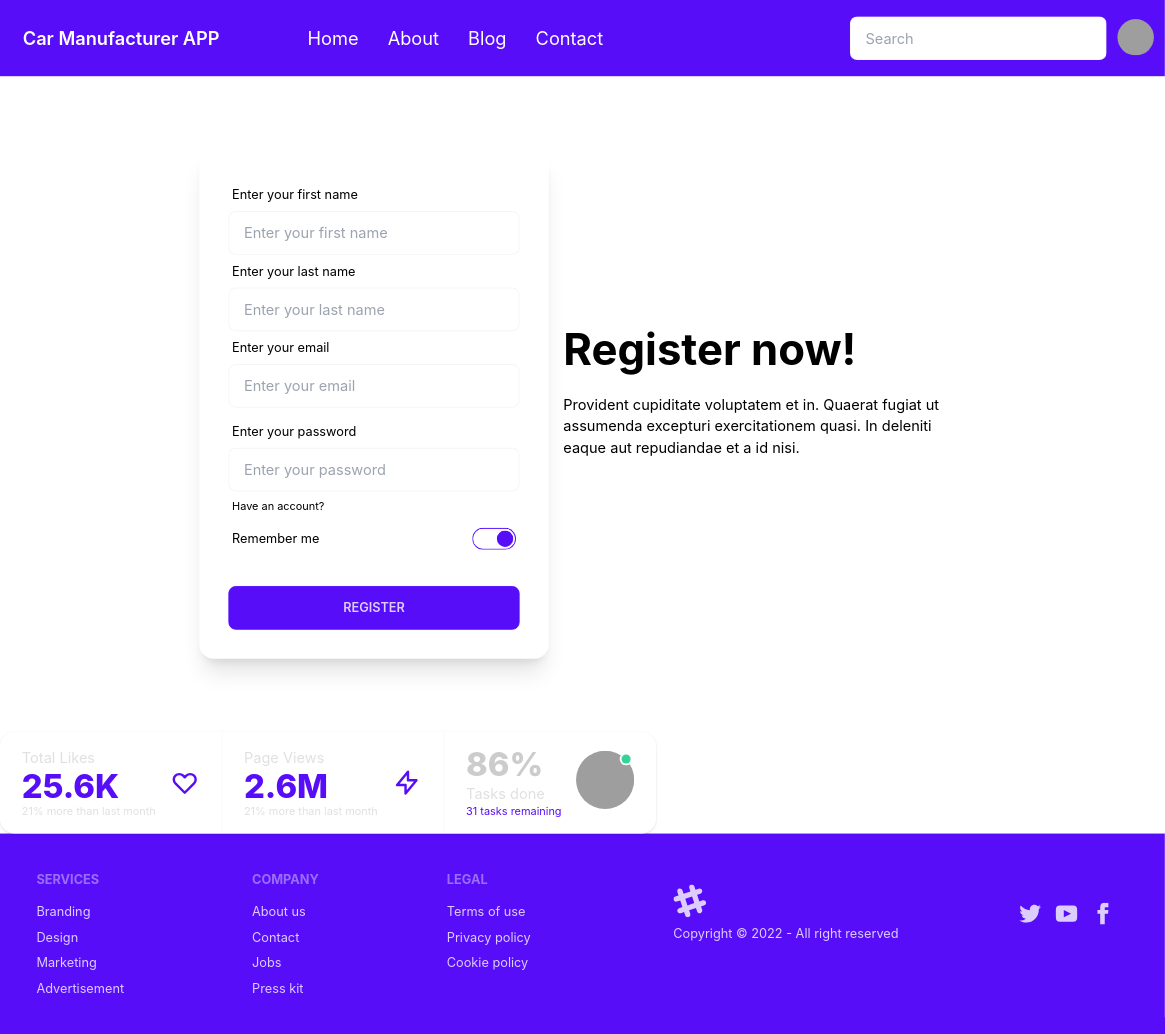
Repository: devsajid/car-manufacturer-app
Page: /register
These files come from the project's save history. The page is drawn as it stood at one moment and after the next save; the edit follows.
The browser window is 1280 px wide. The pictures show the whole page, at 91% of full size.
Pictures or frames that could not be fetched are drawn as grey boxes. The project was rebuilt for these pictures with package versions that can differ from the ones it lists, and the page was loaded fresh each time. Also part of the build but not shown: src/App.css, src/Pages/Home/Home.js, src/Pages/About/About.js, src/Pages/Blog/Blog.js, src/Pages/Contact/Contact.js, src/Pages/Register/Login/Login.js.

Above is the page before, as saved 2022-05-23 00:10:55.

### src/App.js
import "./App.css";
import Navbar from "./SharedComponents/Navbar/Navbar";
import Home from "./Pages/Home/Home";
import About from "./Pages/About/About";
import Blog from "./Pages/Blog/Blog";
import { Routes, Route } from "react-router-dom";
import Contact from "./Pages/Contact/Contact";
import Register from "./Pages/Register/Register";
import Login from "./Pages/Register/Login/Login";
import Footer from "./SharedComponents/Footer/Footer";
import Portfolio from "./Pages/Portfolio/Portfolio";

function App() {
  return (
    <div>
      <Navbar></Navbar>
      <Routes>
        <Route path="/" element={<Home />} />
        <Route path="about" element={<About />} />
        <Route path="blog" element={<Blog />} />
        <Route path="contact" element={<Contact />} />
        <Route path="register" element={<Register />} />
        <Route path="login" element={<Login />} />
      </Routes>
      <Portfolio></Portfolio>
      <Footer></Footer>
    </div>
  );
}

export default App;

### src/SharedComponents/Navbar/Navbar.js
import React from "react";
import { Link } from "react-router-dom";

const Navbar = () => {
  return (
    <div>
      <div class="navbar bg-neutral text-base-100">
        <div class="navbar-start text-base-100">
          <div class="dropdown">
            <label tabindex="0" class="btn btn-ghost lg:hidden">
              <svg
                xmlns="http://www.w3.org/2000/svg"
                class="h-5 w-5"
                fill="none"
                viewBox="0 0 24 24"
                stroke="currentColor"
              >
                <path
                  stroke-linecap="round"
                  stroke-linejoin="round"
                  stroke-width="2"
                  d="M4 6h16M4 12h8m-8 6h16"
                />
              </svg>
            </label>
            <ul
              tabindex="0"
              class="menu menu-compact dropdown-content mt-3 p-2 shadow bg-neutral base-100 rounded-box w-100"
            >
              <li>
                <a>Home</a>
              </li>
              <li>
                <a>About</a>
              </li>
              <li>
                <a>Blog</a>
              </li>
              <li>
                <a>Contact</a>
              </li>
            </ul>
          </div>
          <a className="btn btn-ghost bg- normal-case text-base-100 text-xl">
            Car Manufacturer APP
          </a>
        </div>
        <div class="navbar hidden lg:flex">
          <ul class="menu menu-horizontal text-xl p-0">
            <li>
              <Link to="/">Home</Link>
            </li>

            <li>
              <Link to="/about">About</Link>
            </li>
            <li>
              <Link to="/blog">Blog</Link>
            </li>
            <li>
              <Link to="/contact">Contact</Link>
            </li>
          </ul>
        </div>
        <div class="flex-none gap-2">
          <div class="form-control">
            <input
              type="text"
              placeholder="Search"
              class="input input-bordered"
            />
          </div>
          <div class="dropdown dropdown-end navbar-end">
            <label tabindex="0" class="btn btn-ghost btn-circle avatar">
              <div class="w-10 rounded-full">
                <img src="https://api.lorem.space/image/face?hash=33791" />
              </div>
            </label>
            <ul
              tabindex="0"
              class="mt-3 p-2 shadow menu menu-compact dropdown-content bg-neutral base-100 rounded-box w-52"
            >
              <li>
                <a class="justify-between">
                  Profile
                  <span class="badge">New</span>
                </a>
              </li>
              <li>
                <Link to="/register">Register</Link>
              </li>
              <li>
                <a>Logout</a>
              </li>
            </ul>
          </div>
        </div>
      </div>
    </div>
  );
};

export default Navbar;

### src/Pages/Register/Register.js
import React from "react";
import { Link } from "react-router-dom";

const Register = () => {
  return (
    <div>
      <div class="hero min-h-screen bg-base-100">
        <div class="hero-content flex-col lg:flex-row-reverse">
          <div class="text-center lg:text-left" style={{ width: "30rem" }}>
            <h1 class="text-5xl font-bold text-black">Register now!</h1>
            <p class="py-6 text-black">
              Provident cupiditate voluptatem et in. Quaerat fugiat ut assumenda
              excepturi exercitationem quasi. In deleniti eaque aut repudiandae
              et a id nisi.
            </p>
          </div>
          <div class="card flex-shrink-0 w-full max-w-sm shadow-xl bg-base-100">
            <div class="card-body">
              <div class="form-control">
                <div class="form-control">
                  <label class="label">
                    <span
                      class="label-text text-black"
                      placeholder="Enter your first name"
                    >
                      Enter your first name
                    </span>
                  </label>
                  <input
                    type="text"
                    placeholder="Enter your first name"
                    class="input input-bordered"
                  />
                </div>
                <div class="form-control">
                  <label class="label">
                    <span
                      class="label-text text-black "
                      placeholder="Enter your last name"
                    >
                      Enter your last name
                    </span>
                  </label>
                  <input
                    type="text"
                    placeholder="Enter your last name"
                    class="input input-bordered"
                  />
                </div>

                <label class="label ">
                  <span
                    class="label-text text-black"
                    placeholder="Enter your email"
                  >
                    Enter your email
                  </span>
                </label>
                <input
                  type="text"
                  placeholder="Enter your email"
                  class="input input-bordered text-black"
                />
              </div>
              <div class="form-control">
                <label class="label">
                  <span
                    class="label-text text-black"
                    placeholder="Enter your password"
                  >
                    Enter your password
                  </span>
                </label>
                <input
                  type="text"
                  placeholder="Enter your password"
                  class="input input-bordered"
                />
                <label class="label">
                  <Link
                    to="/login"
                    class="label-text-alt link link-hover text-black"
                  >
                    Have an account?
                  </Link>
                </label>
                <label class="label cursor-pointer">
                  <span class="label-text text-black">Remember me</span>
                  <input
                    type="checkbox"
                    class="toggle toggle-primary"
                    checked
                  />
                </label>
              </div>
              <div class="form-control mt-6">
                <button class="btn btn-primary">Register</button>
              </div>
            </div>
          </div>
        </div>
      </div>
    </div>
  );
};

export default Register;

### src/SharedComponents/Footer/Footer.js
import React from "react";

const Footer = () => {
  return (
    <div>
      <footer class="footer p-10 bg-neutral text-neutral-content">
        <div>
          <span class="footer-title">Services</span>
          <a class="link link-hover">Branding</a>
          <a class="link link-hover">Design</a>
          <a class="link link-hover">Marketing</a>
          <a class="link link-hover">Advertisement</a>
        </div>
        <div>
          <span class="footer-title">Company</span>
          <a class="link link-hover">About us</a>
          <a class="link link-hover">Contact</a>
          <a class="link link-hover">Jobs</a>
          <a class="link link-hover">Press kit</a>
        </div>
        <div>
          <span class="footer-title">Legal</span>
          <a class="link link-hover">Terms of use</a>
          <a class="link link-hover">Privacy policy</a>
          <a class="link link-hover">Cookie policy</a>
        </div>

        <div class="footer items-center p-4 bg-neutral text-neutral-content">
          <div class=" items-center">
            <svg
              width="36"
              height="36"
              viewBox="0 0 24 24"
              xmlns="http://www.w3.org/2000/svg"
              fill-rule="evenodd"
              clip-rule="evenodd"
              class="fill-current"
            >
              <path d="M22.672 15.226l-2.432.811.841 2.515c.33 1.019-.209 2.127-1.23 2.456-1.15.325-2.148-.321-2.463-1.226l-.84-2.518-5.013 1.677.84 2.517c.391 1.203-.434 2.542-1.831 2.542-.88 0-1.601-.564-1.86-1.314l-.842-2.516-2.431.809c-1.135.328-2.145-.317-2.463-1.229-.329-1.018.211-2.127 1.231-2.456l2.432-.809-1.621-4.823-2.432.808c-1.355.384-2.558-.59-2.558-1.839 0-.817.509-1.582 1.327-1.846l2.433-.809-.842-2.515c-.33-1.02.211-2.129 1.232-2.458 1.02-.329 2.13.209 2.461 1.229l.842 2.515 5.011-1.677-.839-2.517c-.403-1.238.484-2.553 1.843-2.553.819 0 1.585.509 1.85 1.326l.841 2.517 2.431-.81c1.02-.33 2.131.211 2.461 1.229.332 1.018-.21 2.126-1.23 2.456l-2.433.809 1.622 4.823 2.433-.809c1.242-.401 2.557.484 2.557 1.838 0 .819-.51 1.583-1.328 1.847m-8.992-6.428l-5.01 1.675 1.619 4.828 5.011-1.674-1.62-4.829z"></path>
            </svg>
            <p>Copyright © 2022 - All right reserved</p>
          </div>
          <div class="grid-flow-col gap-4 md:place-self-center md:justify-self-end">
            <a>
              <svg
                xmlns="http://www.w3.org/2000/svg"
                width="24"
                height="24"
                viewBox="0 0 24 24"
                class="fill-current"
              >
                <path d="M24 4.557c-.883.392-1.832.656-2.828.775 1.017-.609 1.798-1.574 2.165-2.724-.951.564-2.005.974-3.127 1.195-.897-.957-2.178-1.555-3.594-1.555-3.179 0-5.515 2.966-4.797 6.045-4.091-.205-7.719-2.165-10.148-5.144-1.29 2.213-.669 5.108 1.523 6.574-.806-.026-1.566-.247-2.229-.616-.054 2.281 1.581 4.415 3.949 4.89-.693.188-1.452.232-2.224.084.626 1.956 2.444 3.379 4.6 3.419-2.07 1.623-4.678 2.348-7.29 2.04 2.179 1.397 4.768 2.212 7.548 2.212 9.142 0 14.307-7.721 13.995-14.646.962-.695 1.797-1.562 2.457-2.549z"></path>
              </svg>
            </a>
            <a>
              <svg
                xmlns="http://www.w3.org/2000/svg"
                width="24"
                height="24"
                viewBox="0 0 24 24"
                class="fill-current"
              >
                <path d="M19.615 3.184c-3.604-.246-11.631-.245-15.23 0-3.897.266-4.356 2.62-4.385 8.816.029 6.185.484 8.549 4.385 8.816 3.6.245 11.626.246 15.23 0 3.897-.266 4.356-2.62 4.385-8.816-.029-6.185-.484-8.549-4.385-8.816zm-10.615 12.816v-8l8 3.993-8 4.007z"></path>
              </svg>
            </a>
            <a>
              <svg
                xmlns="http://www.w3.org/2000/svg"
                width="24"
                height="24"
                viewBox="0 0 24 24"
                class="fill-current"
              >
                <path d="M9 8h-3v4h3v12h5v-12h3.642l.358-4h-4v-1.667c0-.955.192-1.333 1.115-1.333h2.885v-5h-3.808c-3.596 0-5.192 1.583-5.192 4.615v3.385z"></path>
              </svg>
            </a>
          </div>
        </div>
      </footer>
    </div>
  );
};

export default Footer;

### src/Pages/Portfolio/Portfolio.js
import React from "react";

const Portfolio = () => {
  return (
    <div>
      <div class="stats shadow">
        <div class="stat">
          <div class="stat-figure text-primary">
            <svg
              xmlns="http://www.w3.org/2000/svg"
              fill="none"
              viewBox="0 0 24 24"
              class="inline-block w-8 h-8 stroke-current"
            >
              <path
                stroke-linecap="round"
                stroke-linejoin="round"
                stroke-width="2"
                d="M4.318 6.318a4.5 4.5 0 000 6.364L12 20.364l7.682-7.682a4.5 4.5 0 00-6.364-6.364L12 7.636l-1.318-1.318a4.5 4.5 0 00-6.364 0z"
              ></path>
            </svg>
          </div>
          <div class="stat-title">Total Likes</div>
          <div class="stat-value text-primary">25.6K</div>
          <div class="stat-desc">21% more than last month</div>
        </div>

        <div class="stat">
          <div class="stat-figure text-secondary">
            <svg
              xmlns="http://www.w3.org/2000/svg"
              fill="none"
              viewBox="0 0 24 24"
              class="inline-block w-8 h-8 stroke-current"
            >
              <path
                stroke-linecap="round"
                stroke-linejoin="round"
                stroke-width="2"
                d="M13 10V3L4 14h7v7l9-11h-7z"
              ></path>
            </svg>
          </div>
          <div class="stat-title">Page Views</div>
          <div class="stat-value text-secondary">2.6M</div>
          <div class="stat-desc">21% more than last month</div>
        </div>

        <div class="stat">
          <div class="stat-figure text-secondary">
            <div class="avatar online">
              <div class="w-16 rounded-full">
                <img src="https://api.lorem.space/image/face?w=128&h=128" />
              </div>
            </div>
          </div>
          <div class="stat-value">86%</div>
          <div class="stat-title">Tasks done</div>
          <div class="stat-desc text-secondary">31 tasks remaining</div>
        </div>
      </div>
    </div>
  );
};

export default Portfolio;

### tailwind.config.js
module.exports = {
  content: ["./src/**/*.{js,jsx,ts,tsx}"],
  theme: {
    extend: {},
  },
  daisyui: {
    themes: [
      {
        mytheme: {
          primary: "#570DF8",

          secondary: "#570DF8",

          accent: "#F2F2F2",

          neutral: "#570DF8",

          info: "#3ABFF8",

          success: "#36D399",

          warning: "#FBBD23",

          error: "#F87272",
        },
      },
    ],
  },
  plugins: [require("daisyui")],
};

Loaded but not shown: public/index.html (common file); src/index.js (common file); src/index.css (common file); src/reportWebVitals.js (common file)

After the next save:
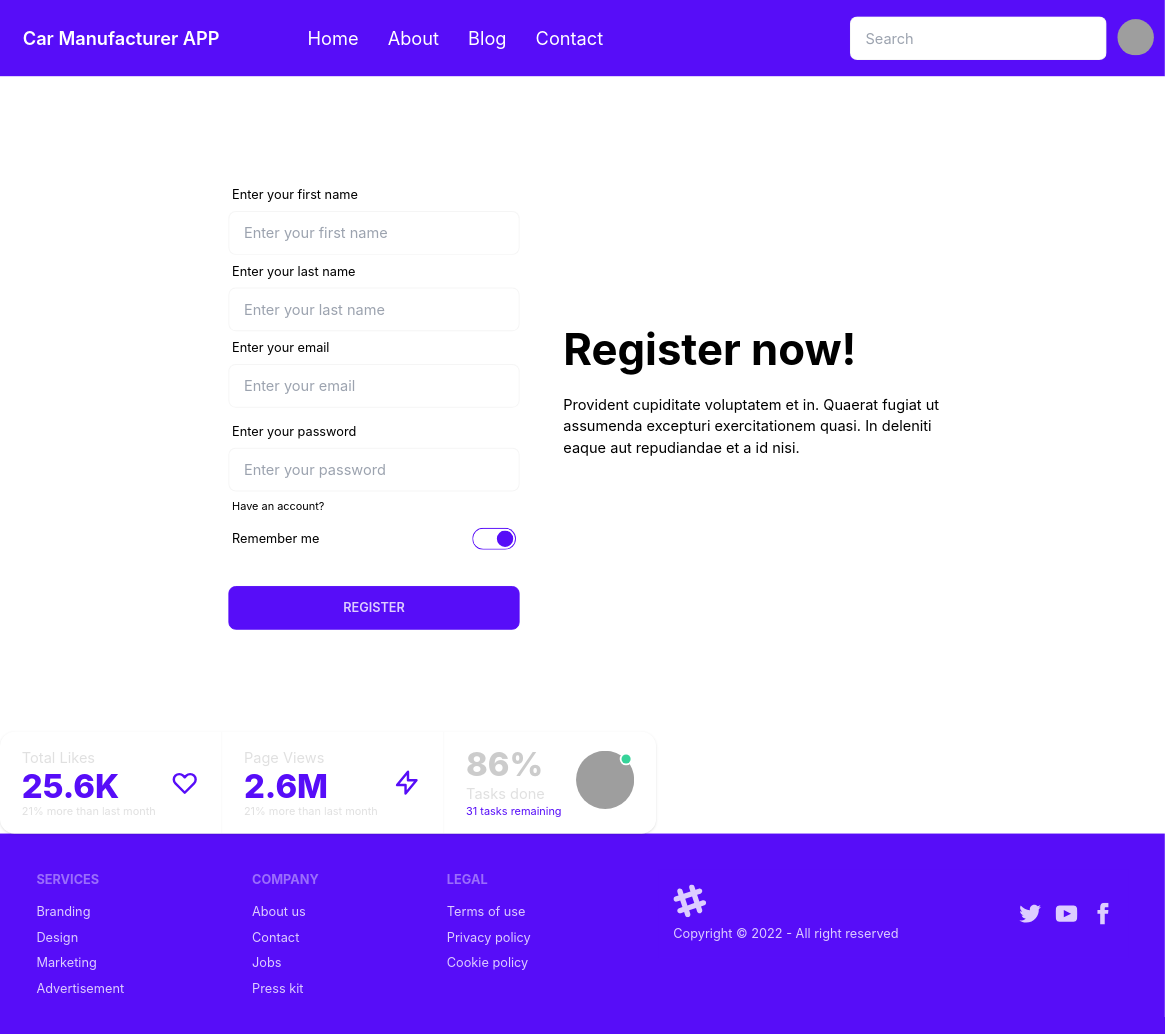
Saved 9 s later.
--- a/src/Pages/Register/Register.js
+++ b/src/Pages/Register/Register.js
@@ -14,7 +14,7 @@ const Register = () => {
               et a id nisi.
             </p>
           </div>
-          <div class="card flex-shrink-0 w-full max-w-sm shadow-xl bg-base-100">
+          <div class="card flex-shrink-0 w-full max-w-sm shadow-3xl bg-base-100">
             <div class="card-body">
               <div class="form-control">
                 <div class="form-control">
